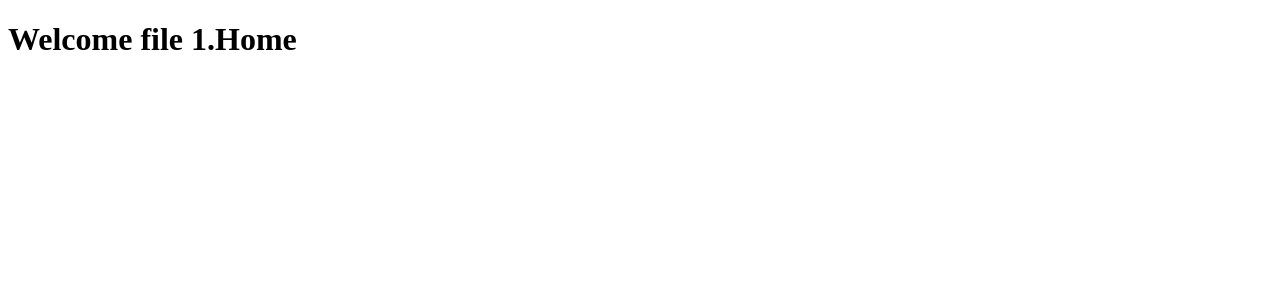
Repository: EU1182053/AdvJavaWorksSpace
Page: ServletInitPhase/src/main/webapp/Home.html
An editor plug-in stored every save of this project. The page is shown before and after the next save, followed by the edit.
The browser window is 1280 px wide. The pictures show the whole page.

Above is the page before, as saved 2022-09-02 09:52:10.

After the next save:
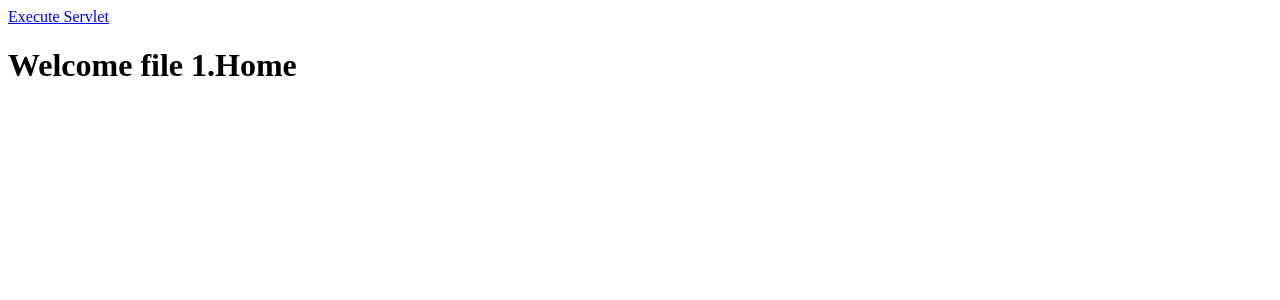
Saved 12 min 23 s later.
--- a/ServletInitPhase/src/main/webapp/Home.html
+++ b/ServletInitPhase/src/main/webapp/Home.html
@@ -5,6 +5,7 @@
 <title>Insert title here</title>
 </head>
 <body>
+<a href="/CompanyHome/MyCompanyHome">Execute Servlet</a>
 <h1>Welcome file 1.Home</h1>
 </body>
 </html>
